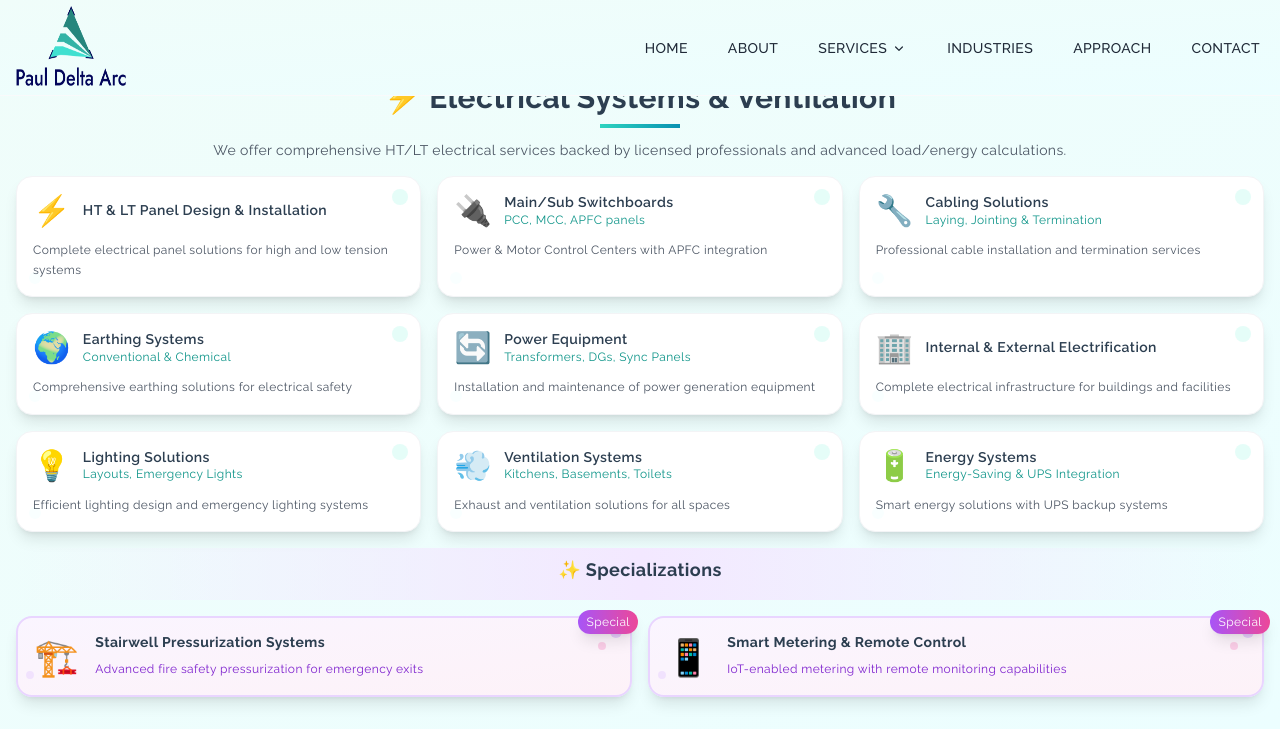
Repository: AnupriyaBiswas/PaulDeltaArc
Page: /ElectricalSystemsVentilation
The author's editor kept a copy of each file at every save. The page is drawn from the files as they stood at one save, then again after the next save.
The browser window is 1280 px wide. The pictures show the whole page.
The project was rebuilt for these pictures with package versions that can differ from the ones it lists, and the page was loaded fresh each time. The framework's server and built-in components were replaced by stand-ins that run in the browser. Also part of the build but not shown: next.config.js.

Above is the page before, as saved 2025-07-07 19:07:20.

### pages/ElectricalSystemsVentilation.jsx
import React, { useState, useEffect } from 'react';

const ElectricalSystemsVentilation = () => {
  const [hasMounted, setHasMounted] = useState(false);

  useEffect(() => {
    setHasMounted(true);
  }, []);

  if (!hasMounted) return null;

  const scopeServices = [
    { icon: "⚡", title: "HT & LT Panel Design & Installation", description: "Complete electrical panel solutions for high and low tension systems" },
    { icon: "🔌", title: "Main/Sub Switchboards", subtitle: "PCC, MCC, APFC panels", description: "Power & Motor Control Centers with APFC integration" },
    { icon: "🔧", title: "Cabling Solutions", subtitle: "Laying, Jointing & Termination", description: "Professional cable installation and termination services" },
    { icon: "🌍", title: "Earthing Systems", subtitle: "Conventional & Chemical", description: "Comprehensive earthing solutions for electrical safety" },
    { icon: "🔄", title: "Power Equipment", subtitle: "Transformers, DGs, Sync Panels", description: "Installation and maintenance of power generation equipment" },
    { icon: "🏢", title: "Internal & External Electrification", description: "Complete electrical infrastructure for buildings and facilities" },
    { icon: "💡", title: "Lighting Solutions", subtitle: "Layouts, Emergency Lights", description: "Efficient lighting design and emergency lighting systems" },
    { icon: "💨", title: "Ventilation Systems", subtitle: "Kitchens, Basements, Toilets", description: "Exhaust and ventilation solutions for all spaces" },
    { icon: "🔋", title: "Energy Systems", subtitle: "Energy-Saving & UPS Integration", description: "Smart energy solutions with UPS backup systems" }
  ];

  const specializations = [
    { icon: "🏗️", title: "Stairwell Pressurization Systems", description: "Advanced fire safety pressurization for emergency exits" },
    { icon: "📱", title: "Smart Metering & Remote Control", description: "IoT-enabled metering with remote monitoring capabilities" }
  ];

  return (
    <div id='electrical-systems-ventilation' className='w-full bg-gradient-to-br from-teal-50 to-cyan-50 py-4 min-h-screen flex items-center' style={{paddingTop: '80px'}}>
      <div className='max-w-[1400px] mx-auto px-4 w-full'>
        {/* Header Section */}
        <div className='text-center mb-4'>
          <h2 className='text-3xl font-bold text-[#2c3e50] mb-2'>
            ⚡ Electrical Systems & Ventilation
          </h2>
          <div className='w-20 h-1 bg-gradient-to-r from-teal-400 to-cyan-600 mx-auto mb-3'></div>
          <p className='text-gray-600 text-sm max-w-5xl mx-auto'>
            We offer comprehensive HT/LT electrical services backed by licensed professionals and advanced load/energy calculations.
          </p>
        </div>

        {/* Main Services Section */}
        <div className='mb-4'>
          <div className='grid grid-cols-1 md:grid-cols-2 lg:grid-cols-3 gap-4'>
            {scopeServices.map((service, index) => (
              <div
                key={index}
                className='group relative bg-white p-4 rounded-2xl shadow-lg hover:shadow-2xl transition-all duration-300 transform hover:-translate-y-2 border border-gray-100 min-w-[280px]'
              >
                {/* Background gradient on hover */}
                <div className='absolute inset-0 bg-gradient-to-br from-teal-400 to-cyan-600 rounded-2xl opacity-0 group-hover:opacity-100 transition-opacity duration-300'></div>

                {/* Content */}
                <div className='relative z-10'>
                  <div className='flex items-center mb-3'>
                    <div className='text-3xl mr-3 group-hover:scale-110 transition-transform duration-300'>
                      {service.icon}
                    </div>
                    <div>
                      <h3 className='text-sm font-semibold text-[#2c3e50] group-hover:text-white transition-colors duration-300 leading-tight'>
                        {service.title}
                      </h3>
                      {service.subtitle && (
                        <p className='text-xs text-teal-600 group-hover:text-teal-100 transition-colors duration-300'>
                          {service.subtitle}
                        </p>
                      )}
                    </div>
                  </div>

                  <p className='text-xs text-gray-600 group-hover:text-gray-100 transition-colors duration-300 leading-relaxed'>
                    {service.description}
                  </p>
                </div>

                {/* Decorative elements */}
                <div className='absolute top-3 right-3 w-4 h-4 bg-teal-100 rounded-full opacity-50 group-hover:opacity-0 transition-opacity duration-300'></div>
                <div className='absolute bottom-3 left-3 w-3 h-3 bg-cyan-50 rounded-full opacity-30 group-hover:opacity-0 transition-opacity duration-300'></div>
              </div>
            ))}
          </div>
        </div>

        {/* Specializations Section - Special Style */}
        <div className='mb-4'>
          {/* Special Header with Enhanced Styling */}
          <div className='text-center mb-4 relative'>
            <div className='absolute inset-0 bg-gradient-to-r from-transparent via-purple-100 to-transparent h-full'></div>
            <div className='relative z-10 py-2'>
              <h3 className='text-lg font-bold text-[#2c3e50] mb-2'>
                ✨ Specializations
              </h3>
            </div>
          </div>

          {/* Horizontal Layout for Specializations */}
          <div className='grid grid-cols-1 md:grid-cols-2 gap-4'>
            {specializations.map((spec, index) => (
              <div
                key={index}
                className='group relative bg-gradient-to-br from-purple-50 to-pink-50 p-4 rounded-2xl shadow-lg hover:shadow-2xl transition-all duration-500 transform hover:-translate-y-2 border-2 border-purple-200 hover:border-purple-300'
              >
                {/* Animated Background */}
                <div className='absolute inset-0 bg-gradient-to-br from-purple-500 to-pink-500 rounded-2xl opacity-0 group-hover:opacity-100 transition-opacity duration-500'></div>

                {/* Sparkle Effects */}
                <div className='absolute top-2 right-2 w-3 h-3 bg-purple-300 rounded-full opacity-70 group-hover:opacity-0 transition-opacity duration-300 animate-pulse'></div>
                <div className='absolute top-6 right-6 w-2 h-2 bg-pink-300 rounded-full opacity-50 group-hover:opacity-0 transition-opacity duration-300 animate-pulse' style={{animationDelay: '0.5s'}}></div>
                <div className='absolute bottom-4 left-2 w-2 h-2 bg-purple-200 rounded-full opacity-60 group-hover:opacity-0 transition-opacity duration-300 animate-pulse' style={{animationDelay: '1s'}}></div>

                {/* Content */}
                <div className='relative z-10 flex items-center'>
                  <div className='text-4xl mr-4 group-hover:scale-110 transition-transform duration-500 filter group-hover:drop-shadow-lg'>
                    {spec.icon}
                  </div>
                  <div className='flex-1'>
                    <h3 className='text-sm font-bold text-[#2c3e50] group-hover:text-white transition-colors duration-300 mb-2 leading-tight'>
                      {spec.title}
                    </h3>
                    <p className='text-xs text-purple-700 group-hover:text-purple-100 transition-colors duration-300 leading-relaxed'>
                      {spec.description}
                    </p>
                  </div>
                </div>

                {/* Special Badge */}
                <div className='absolute -top-2 -right-2 bg-gradient-to-r from-purple-500 to-pink-500 text-white text-xs px-2 py-1 rounded-full shadow-lg group-hover:scale-110 transition-transform duration-300'>
                  Special
                </div>
              </div>
            ))}
          </div>
        </div>
      </div>
    </div>
  );
};

export default ElectricalSystemsVentilation;

### components/Navbar.jsx
import Image from 'next/image';
import Link from 'next/link';
import React, { useState, useEffect } from 'react';
import { AiOutlineClose, AiOutlineMail, AiOutlineMenu } from 'react-icons/ai';
import { FaGithub, FaLinkedinIn } from 'react-icons/fa';
import { BsFillPersonLinesFill } from 'react-icons/bs';
import { ChevronDownIcon } from '@heroicons/react/20/solid';

import NavLogo from '../public/assets/mainLogo.png';

const Navbar = () => {
  const [nav, setNav] = useState(false);
  const [shadow, setShadow] = useState(false);
  const [linkColor, setLinkColor] = useState('#1f2937');
  const [dropdownOpen, setDropdownOpen] = useState(false);
  const [mobileDropdownOpen, setMobileDropdownOpen] = useState(false);

  const handleNav = () => {
    setNav(!nav);
  };

  useEffect(() => {
    const handleShadow = () => {
      if (window.scrollY >= 90) {
        setShadow(true);
      } else {
        setShadow(false);
      }
    };
    window.addEventListener('scroll', handleShadow);
  }, []);

  const services = [
    { name: 'Fire Protection & Detection Systems', link: '/#fire-protection-systems' },
    { name: 'Electrical Systems & Ventilation', link: '/#electrical-systems-ventilation' },
    { name: 'Plumbing & Public Health Engineering', link: '/#plumbing-public-health' },
    { name: 'Building Automation & Smart Controls', link: '/#building-automation' },
    { name: 'Surveillance, Intercom & Access Control', link: '/#surveillance-intercom-access-control' },
    { name: 'Annual Maintenance Contracts', link: '/#annual-maintenance-contracts' },
  ];

  return (
    <div
      className={
        shadow
          ? 'fixed w-full h-15 shadow-2xl z-[100] ease-in-out duration-300 bg-gradient-to-br from-teal-50 to-cyan-50 bg-opacity-90 backdrop-blur-sm border-b border-gray-100'
          : 'fixed w-full h-15 z-[100] bg-gradient-to-br from-teal-50 to-cyan-50 bg-opacity-90 backdrop-blur-sm border-b border-gray-50'
      }
    >
      <div className='flex justify-between items-center w-full h-full px-4 2xl:px-16'>
        <Link href='/'>
          <a className='hover:scale-105 transition-transform duration-300'>
            <Image
              src={NavLogo}
              alt='Logo'
              width='110'
              height='88'
              className='cursor-pointer'
            />
          </a>
        </Link>

        {/* Desktop Menu */}
        <div>
          <ul style={{ color: `${linkColor}` }} className='hidden md:flex items-center'>
            <li className='ml-8 text-sm font-medium uppercase hover:text-teal-600 transition-colors duration-300'>
              <Link href='/'>
                <a className='py-2 px-1 relative group'>
                  Home
                  <span className='absolute bottom-0 left-0 w-0 h-0.5 bg-teal-600 transition-all duration-300 group-hover:w-full'></span>
                </a>
              </Link>
            </li>
            <li className='ml-8 text-sm font-medium uppercase hover:text-teal-600 transition-colors duration-300'>
              <Link href='/#about'>
                <a className='py-2 px-1 relative group'>
                  About
                  <span className='absolute bottom-0 left-0 w-0 h-0.5 bg-teal-600 transition-all duration-300 group-hover:w-full'></span>
                </a>
              </Link>
            </li>

            {/* Dropdown */}
            <li
              className='ml-8 text-sm font-medium uppercase relative group cursor-pointer'
              onMouseEnter={() => setDropdownOpen(true)}
              onMouseLeave={() => setDropdownOpen(false)}
            >
              <div className='flex items-center gap-1 py-2 px-1 hover:text-teal-600 transition-colors duration-300 relative group'>
                Services
                <ChevronDownIcon className={`w-4 h-4 transition-transform duration-300 ${dropdownOpen ? 'rotate-180' : ''}`} />
                <span className='absolute bottom-0 left-0 w-0 h-0.5 bg-teal-600 transition-all duration-300 group-hover:w-full'></span>
              </div>

              {/* Dropdown Menu */}
              <div
                className={`absolute top-full left-0 mt-2 w-80 bg-white shadow-xl rounded-xl overflow-hidden text-gray-800 z-50 border border-gray-100 transition-all duration-300 ${
                  dropdownOpen ? 'opacity-100 translate-y-0 visible' : 'opacity-0 -translate-y-2 invisible'
                }`}
                onMouseEnter={() => setDropdownOpen(true)}
                onMouseLeave={() => setDropdownOpen(false)}
              >
                <div className='py-2'>
                  {services.map((item, idx) => (
                    <Link href={item.link} key={idx}>
                      <a className='block px-6 py-3 hover:bg-gradient-to-r hover:from-teal-50 hover:to-cyan-50 hover:text-teal-700 transition-all duration-300 text-sm font-medium border-b border-gray-50 last:border-b-0'>
                        {item.name}
                      </a>
                    </Link>
                  ))}
                </div>
              </div>
            </li>

            <li className='ml-8 text-sm font-medium uppercase hover:text-teal-600 transition-colors duration-300'>
              <Link href='/#industries-we-serve'>
                <a className='py-2 px-1 relative group'>
                  Industries
                  <span className='absolute bottom-0 left-0 w-0 h-0.5 bg-teal-600 transition-all duration-300 group-hover:w-full'></span>
                </a>
              </Link>
            </li>
            <li className='ml-8 text-sm font-medium uppercase hover:text-teal-600 transition-colors duration-300'>
              <Link href='/#approach'>
                <a className='py-2 px-1 relative group'>
                  Approach
                  <span className='absolute bottom-0 left-0 w-0 h-0.5 bg-teal-600 transition-all duration-300 group-hover:w-full'></span>
                </a>
              </Link>
            </li>
            <li className='ml-8 text-sm font-medium uppercase hover:text-teal-600 transition-colors duration-300'>
              <Link href='/#contact'>
                <a className='py-2 px-1 relative group'>
                  Contact
                  <span className='absolute bottom-0 left-0 w-0 h-0.5 bg-teal-600 transition-all duration-300 group-hover:w-full'></span>
                </a>
              </Link>
            </li>
          </ul>

          {/* Hamburger */}
          <div
            style={{ color: `${linkColor}` }}
            onClick={handleNav}
            className='md:hidden p-2 rounded-lg hover:bg-gray-100 transition-colors duration-300'
          >
            <AiOutlineMenu size={28} />
          </div>
        </div>
      </div>

      {/* Mobile Menu Overlay */}
      <div className={nav ? 'md:hidden fixed left-0 top-0 w-full h-screen bg-black/70 z-50' : ''}>
        {/* Side Drawer */}
        <div
          className={
            nav
              ? 'fixed left-0 top-0 w-[85%] sm:w-[70%] md:w-[50%] h-screen bg-white p-8 ease-in duration-500 shadow-2xl'
              : 'fixed left-[-100%] top-0 p-8 ease-in duration-500'
          }
        >
          <div>
            <div className='flex w-full items-center justify-between'>
              <Link href='/'>
                <a>
                  <Image src={NavLogo} width='100' height='40' alt='Logo' />
                </a>
              </Link>
              <div
                onClick={handleNav}
                className='rounded-full shadow-lg shadow-gray-400 p-3 cursor-pointer hover:scale-105 hover:shadow-xl transition-all duration-300'
              >
                <AiOutlineClose />
              </div>
            </div>
            <div className='border-b border-gray-200 my-6'>
              <p className='w-[85%] md:w-[90%] py-4 text-gray-600 font-medium'>
                Let&#39;s build something legendary together
              </p>
            </div>
          </div>

          <div className='py-4 flex flex-col'>
            <ul className='uppercase'>
              <Link href='/'>
                <li onClick={() => setNav(false)} className='py-4 text-sm font-medium hover:text-teal-600 transition-colors duration-300 border-b border-gray-100 cursor-pointer'>
                  Home
                </li>
              </Link>
              <Link href='/#about'>
                <li onClick={() => setNav(false)} className='py-4 text-sm font-medium hover:text-teal-600 transition-colors duration-300 border-b border-gray-100 cursor-pointer'>
                  About
                </li>
              </Link>

              {/* Mobile Dropdown */}
              <li
                onClick={() => setMobileDropdownOpen(!mobileDropdownOpen)}
                className='py-4 text-sm font-medium hover:text-teal-600 transition-colors duration-300 border-b border-gray-100 cursor-pointer flex items-center justify-between'
              >
                Services
                <span className={`transform transition-transform duration-300 ${mobileDropdownOpen ? 'rotate-180' : ''}`}>
                  ▼
                </span>
              </li>
              {mobileDropdownOpen && (
                <ul className='pl-4 text-sm bg-gray-50 rounded-lg mx-2 mb-2'>
                  {services.map((item, idx) => (
                    <Link href={item.link} key={idx}>
                      <li onClick={() => setNav(false)} className='py-3 px-4 hover:text-teal-600 transition-colors duration-300 border-b border-gray-200 last:border-b-0 cursor-pointer font-medium'>
                        {item.name}
                      </li>
                    </Link>
                  ))}
                </ul>
              )}

              <Link href='/#industries-we-serve'>
                <li onClick={() => setNav(false)} className='py-4 text-sm font-medium hover:text-teal-600 transition-colors duration-300 border-b border-gray-100 cursor-pointer'>
                  Industries
                </li>
              </Link>
              <Link href='/#approach'>
                <li onClick={() => setNav(false)} className='py-4 text-sm font-medium hover:text-teal-600 transition-colors duration-300 border-b border-gray-100 cursor-pointer'>
                  Approach
                </li>
              </Link>
              <Link href='/#contact'>
                <li onClick={() => setNav(false)} className='py-4 text-sm font-medium hover:text-teal-600 transition-colors duration-300 border-b border-gray-100 cursor-pointer'>
                  Contact
                </li>
              </Link>
            </ul>

            {/* Social Icons */}
            <div className='pt-16'>
              <p className='uppercase tracking-widest text-teal-600 font-semibold text-sm'>Let&#39;s Connect</p>
              <div className='flex items-center justify-between my-6 w-full sm:w-[80%]'>
                <a href='https://www.linkedin.com/in/sumanitian/' target='_blank' rel='noreferrer'>
                  <div className='rounded-full shadow-lg shadow-gray-400 p-4 cursor-pointer hover:scale-110 hover:shadow-xl transition-all duration-300 bg-gradient-to-br from-blue-500 to-blue-600 text-white'>
                    <FaLinkedinIn size={18} />
                  </div>
                </a>
                <a href='https://github.com/sumanitian' target='_blank' rel='noreferrer'>
                  <div className='rounded-full shadow-lg shadow-gray-400 p-4 cursor-pointer hover:scale-110 hover:shadow-xl transition-all duration-300 bg-gradient-to-br from-gray-700 to-gray-800 text-white'>
                    <FaGithub size={18} />
                  </div>
                </a>
                <Link href='/#contact'>
                  <div onClick={() => setNav(false)} className='rounded-full shadow-lg shadow-gray-400 p-4 cursor-pointer hover:scale-110 hover:shadow-xl transition-all duration-300 bg-gradient-to-br from-teal-500 to-teal-600 text-white'>
                    <AiOutlineMail size={18} />
                  </div>
                </Link>
                <Link href='/resume'>
                  <div onClick={() => setNav(false)} className='rounded-full shadow-lg shadow-gray-400 p-4 cursor-pointer hover:scale-110 hover:shadow-xl transition-all duration-300 bg-gradient-to-br from-purple-500 to-purple-600 text-white'>
                    <BsFillPersonLinesFill size={18} />
                  </div>
                </Link>
              </div>
            </div>
          </div>
        </div>
      </div>
    </div>
  );
};

export default Navbar;

### styles/globals.css
@tailwind base;
@tailwind components;
@tailwind utilities;


@import url('https://fonts.googleapis.com/css2?family=Raleway:wght@100;200;300;400;500;600;700;800;900&display=swap');

html {
  scroll-behavior: smooth;
  font-family: 'Raleway', sans-serif;
}

@layer base {
  body {
    @apply bg-[#ecf0f3] text-[#1f2937] tracking-wide
  }

  h1, h2, h3, h4, h5, h6 {
    @apply font-bold
  }

  h1 {
    @apply text-4xl sm:text-5xl md:text-6xl font-[Raleway]
  }

  h2 {
    @apply text-3xl sm:text-4xl
  }

  li {
    @apply cursor-pointer
  }

  button {
    @apply shadow-xl shadow-gray-400 rounded-xl uppercase bg-gradient-to-r from-[#5651e5] to-[#709dff] text-white
  }
}

Loaded but not shown: pages/_app.js (common file); pages/_document.js (common file); tailwind.config.js (common file)

After the next save:
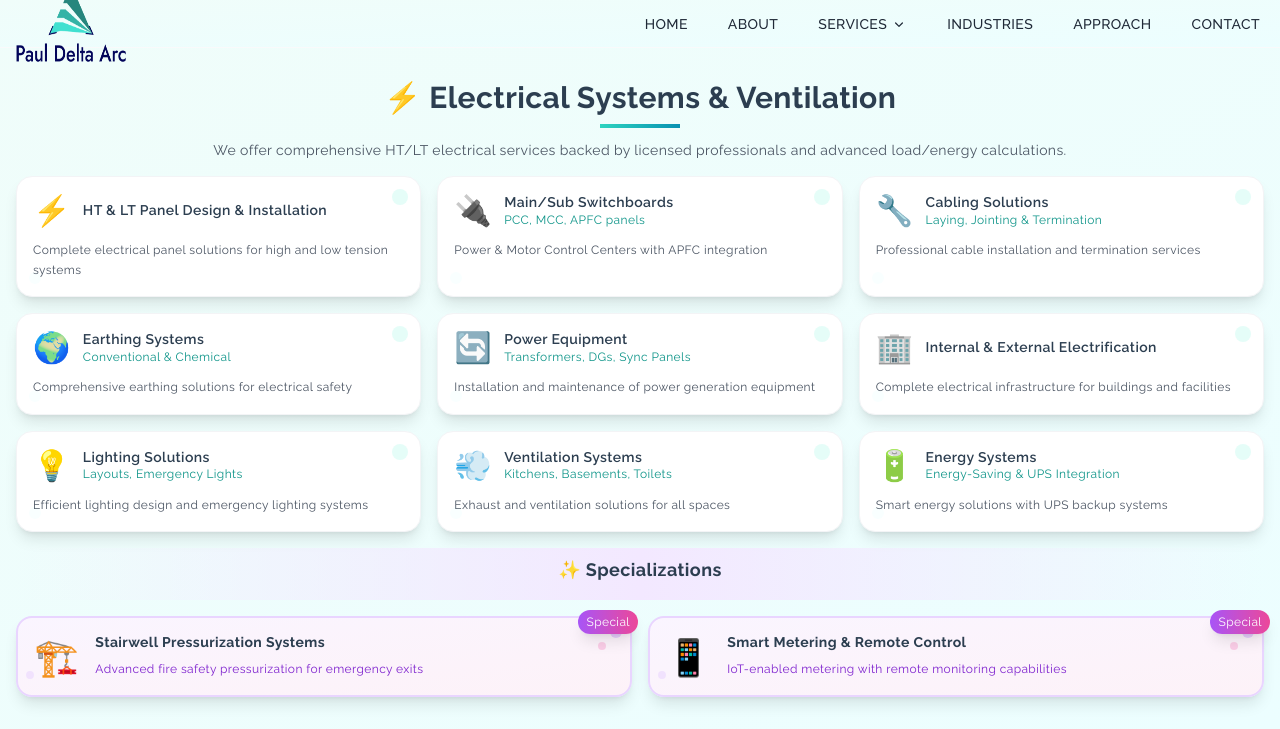
Saved 18 s later.
--- a/components/Navbar.jsx
+++ b/components/Navbar.jsx
@@ -43,8 +43,8 @@ const Navbar = () => {
     <div
       className={
         shadow
-          ? 'fixed w-full h-15 shadow-2xl z-[100] ease-in-out duration-300 bg-gradient-to-br from-teal-50 to-cyan-50 bg-opacity-90 backdrop-blur-sm border-b border-gray-100'
-          : 'fixed w-full h-15 z-[100] bg-gradient-to-br from-teal-50 to-cyan-50 bg-opacity-90 backdrop-blur-sm border-b border-gray-50'
+          ? 'fixed w-full h-12 shadow-2xl z-[100] ease-in-out duration-300 bg-gradient-to-br from-teal-50 to-cyan-50 bg-opacity-90 backdrop-blur-sm border-b border-gray-100'
+          : 'fixed w-full h-12 z-[100] bg-gradient-to-br from-teal-50 to-cyan-50 bg-opacity-90 backdrop-blur-sm border-b border-gray-50'
       }
     >
       <div className='flex justify-between items-center w-full h-full px-4 2xl:px-16'>
